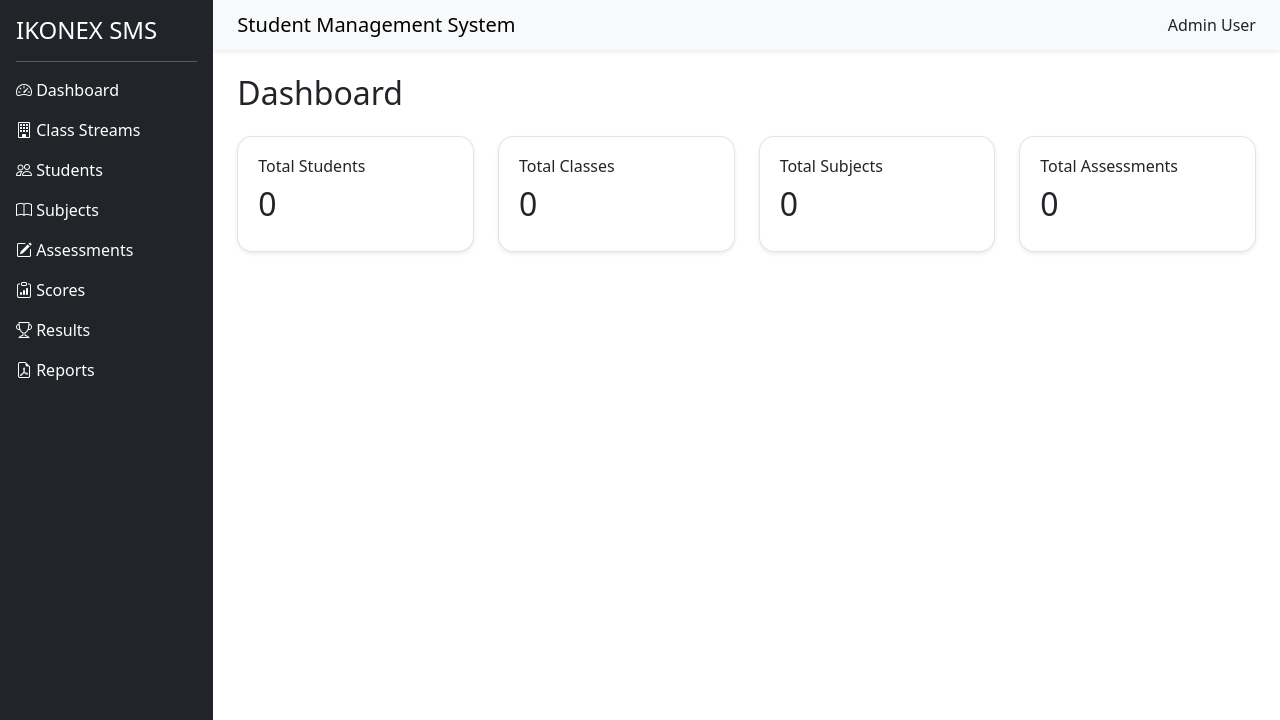
Repository: ejuma411/Ikonex-Academy
Page: http://localhost/
The author's editor kept a copy of each file at every save. The page is drawn from the files as they stood at one save, then again after a run of saves.
The browser window is 1280 px wide. The pictures show the whole page.
The page is served by the project's application, run on Django 5.2 (manage.py). Queries for data that is not in the repository find no rows.

Above is the page before, as saved 2026-06-04 17:48:00.

After the next 3 saves:
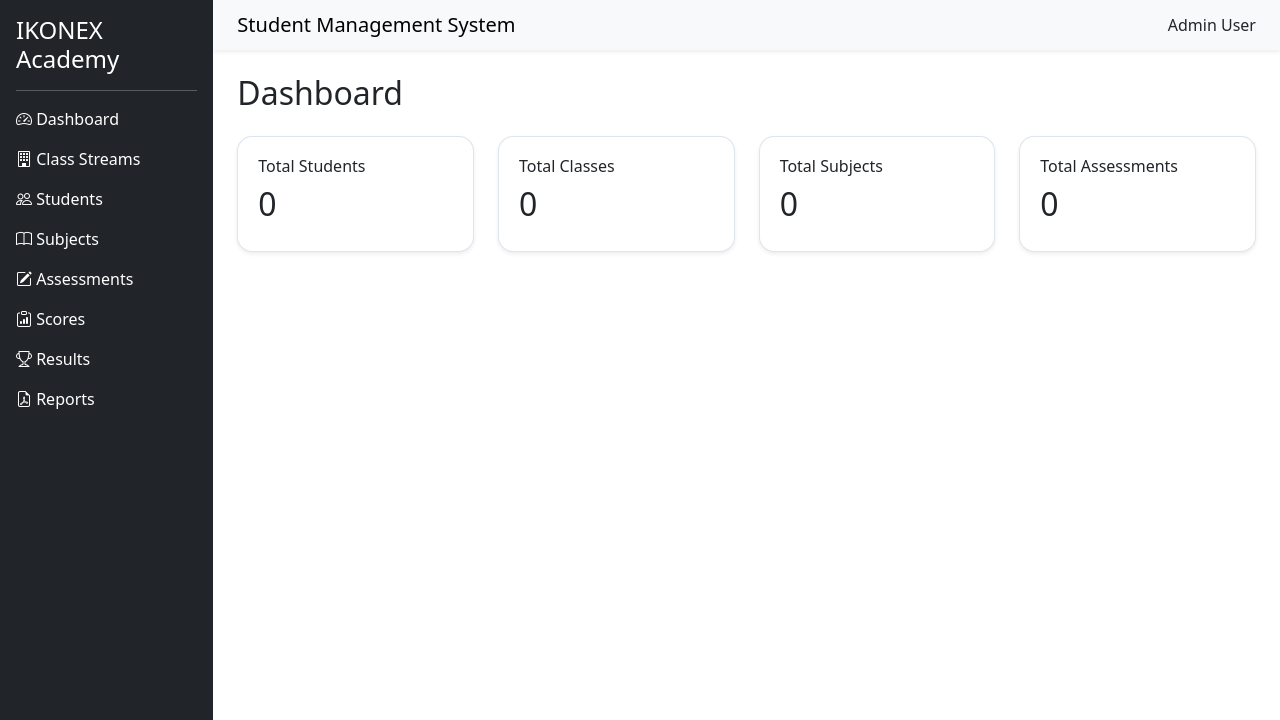
The 3 saves are shown as one change because they came seconds apart.
The last was saved 2 min 6 s later.
--- a/templates/base/sidebar.html
+++ b/templates/base/sidebar.html
@@ -1,6 +1,6 @@
 <div class="bg-dark text-white vh-100 p-3">
 
-    <h4>IKONEX SMS</h4>
+    <h4>IKONEX Academy</h4>
 
     <hr>
 
